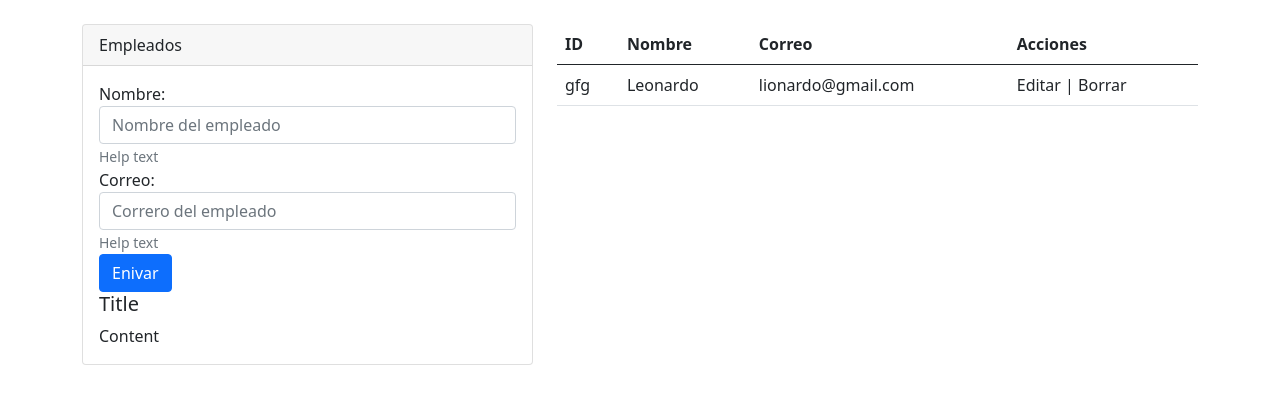
Repository: LionardoGomiz/CRUD-JS-VAINILLA
Page: index.html
An editor plug-in stored every save of this project. The page is shown before and after the next save, followed by the edit.
The browser window is 1280 px wide. The pictures show the whole page.
The page's requests for data from a server got no answer.

Above is the page before, as saved 2021-08-12 15:01:28.

After the next save:
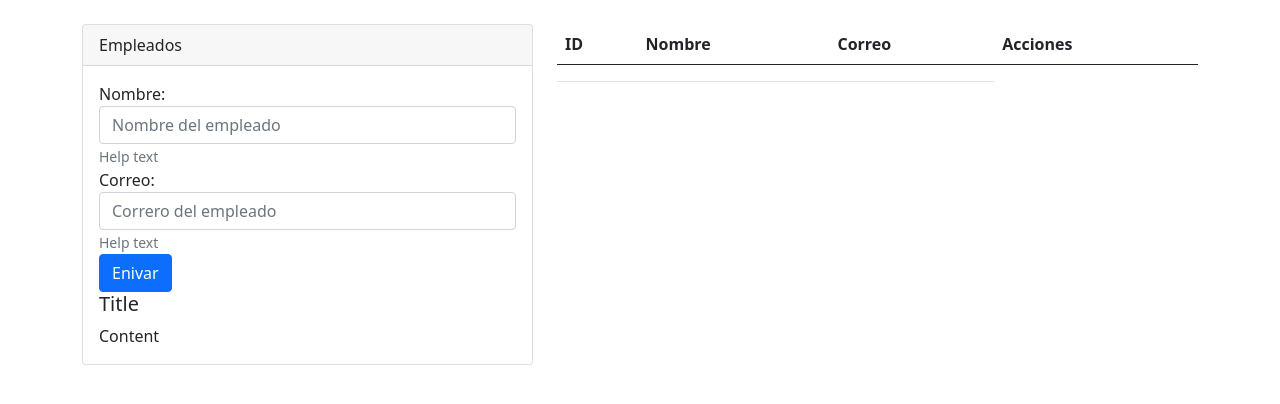
Saved 4 min 34 s later.
--- a/index.html
+++ b/index.html
@@ -91,9 +91,9 @@
                 )
             })
             .catch(console.log);
-
-            datos = "<tr><td>gfg</td> <td>Leonardo</td><td>lionardo@gmail.com</td><td>Editar | Borrar</td></tr>";
-            return this.empledos.innerHTML=datos;
+            //MODO DE PRUEBA
+            /*datos = "<tr><td>gfg</td> <td>Leonardo</td><td>lionardo@gmail.com</td><td>Editar | Borrar</td></tr>";
+            return this.empledos.innerHTML=datos;*/
         };
         this.Agregar=function(){
             console.log(nombre.value);
